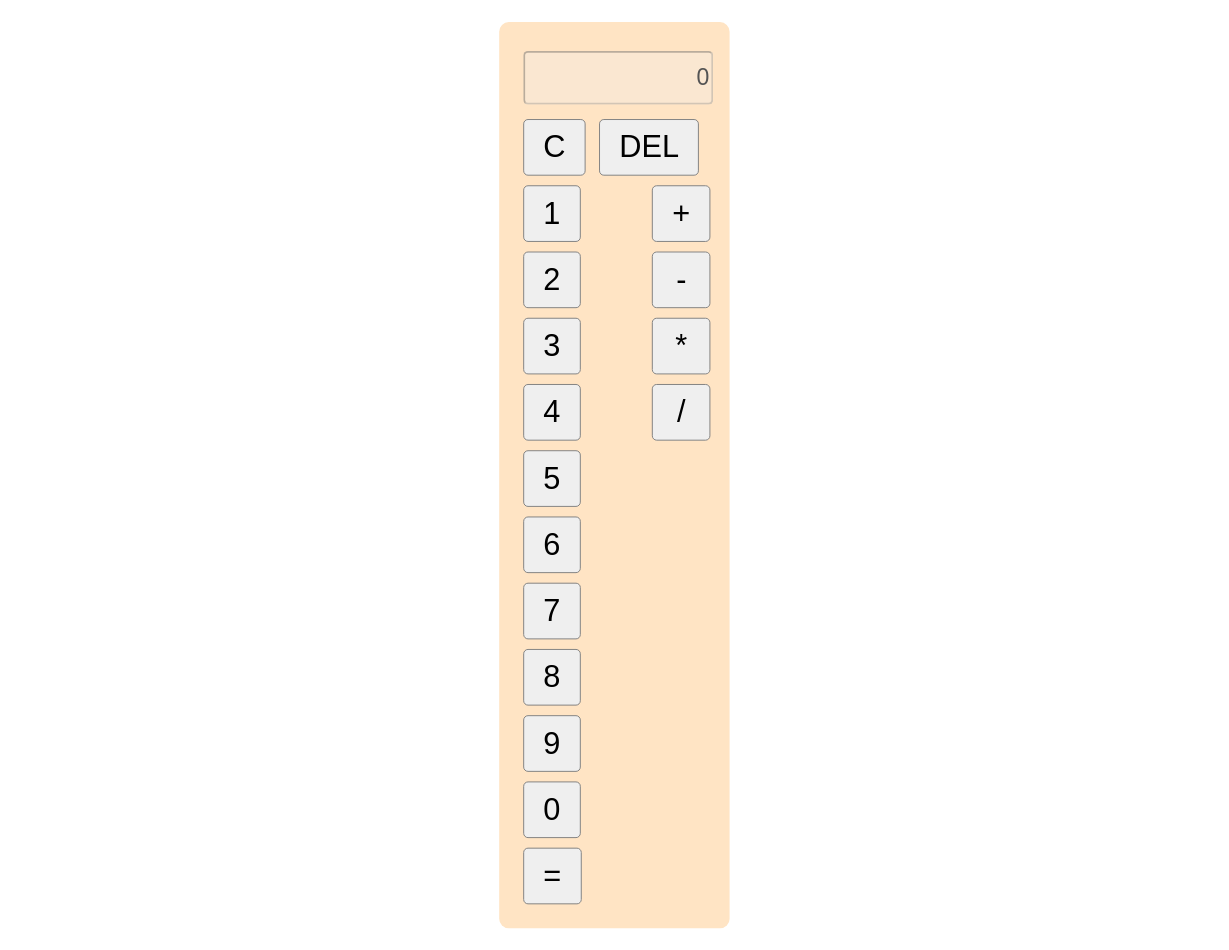
Repository: jaskeat/Calculator
Page: index.html
These files come from the project's save history. The page is drawn as it stood at one moment and after the next save; the edit follows.
The browser window is 1280 px wide. The pictures show the whole page, at 96% of full size.

Above is the page before, as saved 2024-09-05 13:22:14.

### index.html
<!DOCTYPE html>
<html lang="en">
	<head>
		<meta charset="UTF-8" />
		<meta name="viewport" content="width=device-width, initial-scale=1.0" />
		<title>Calculator</title>
		<link rel="stylesheet" href="style.css" />
	</head>
	<body>
		<div class="calculator">
			<div class="display">
				<input type="text" class="display-input" value="0" disabled />
			</div>

			<div class="extrabtn">
				<button class="btn" onclick="clearDisplay()">C</button>
				<button class="btn" onclick="deleteLast()">DEL</button>
			</div>

			<div class="buttons">
				<div class="operators">
					<button class="btn" onclick="append('+')">+</button>
					<button class="btn" onclick="append('-')">-</button>
					<button class="btn" onclick="append('*')">*</button>
					<button class="btn" onclick="append('/')">/</button>
				</div>

				<div class="numbers">
					<button class="btn" onclick="append('1')">1</button>
					<button class="btn" onclick="append('2')">2</button>
					<button class="btn" onclick="append('3')">3</button>
					<button class="btn" onclick="append('4')">4</button>
					<button class="btn" onclick="append('5')">5</button>
					<button class="btn" onclick="append('6')">6</button>
					<button class="btn" onclick="append('7')">7</button>
					<button class="btn" onclick="append('8')">8</button>
					<button class="btn" onclick="append('9')">9</button>
					<button class="btn" onclick="append('0')">0</button>
					<button class="btn" onclick="calculate()">=</button>
				</div>
			</div>
		</div>
		<script src="script.js"></script>
	</body>
</html>

### style.css
body {
	display: flex;
	justify-content: center;
	align-items: center;
}

.calculator {
	width: 200px;
	max-width: 600px;
	height: auto;
	margin: 15px;
	padding: 20px;
	background-color: bisque;
	border-radius: 10px;
}

button {
	border-radius: 5px;
	border: 1px grey solid;
	font-size: 1.3rem;
}

button:hover {
	background-color: lightgrey;
	cursor: pointer;
}

input {
	width: 190px;
	height: 50px;
	font-size: 1.5rem;
	text-align: right;
	border-radius: 5px;
	margin: 10px 5px;
}

.operators {
	display: flex;
	flex-direction: column;
	width: auto;
}

.operators button {
	width: auto;
	height: auto;
	margin: 5px 0;
}

.numbers {
	display: flex;
	flex-wrap: wrap;
	height: auto;
	width: 250px;
}

.buttons {
	display: flex;
	flex-direction: row-reverse;
	justify-content: space-between;
	font-size: 2rem;
}

.btn {
	font-size: 2rem;
	padding: 10px 20px;
	margin: 5px;
}

Loaded but not shown: script.js (no copy from this time; the picture is the same without it)

After the next save:
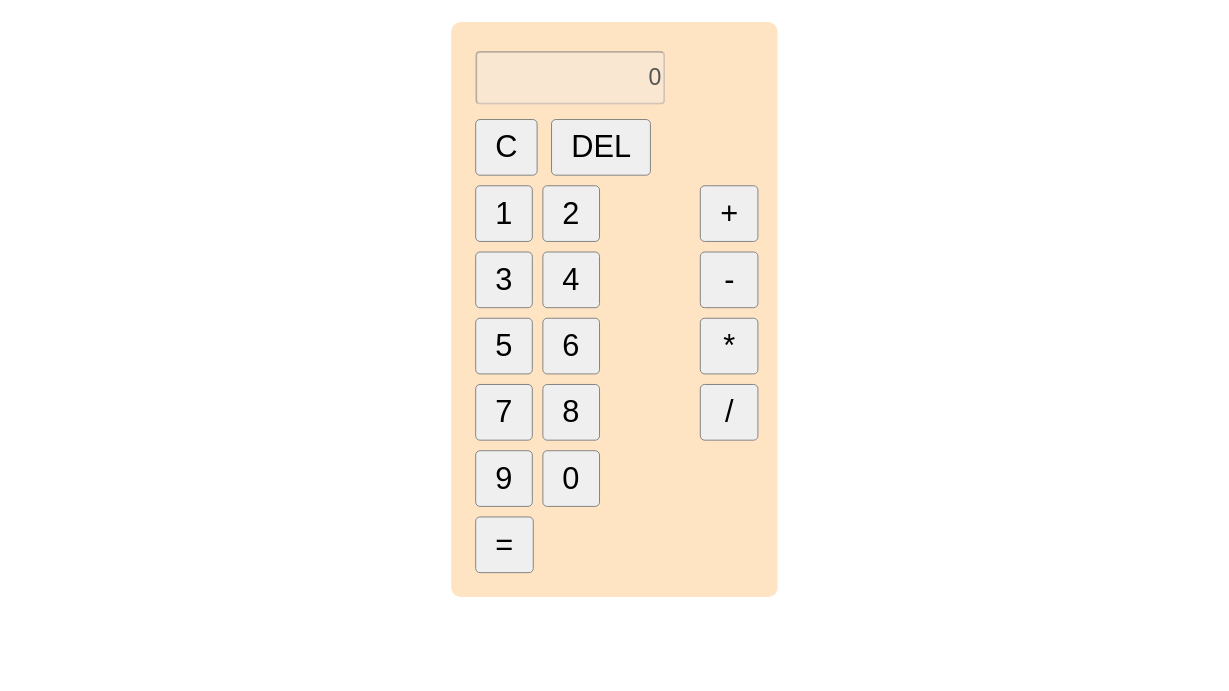
Saved 12 s later.
--- a/style.css
+++ b/style.css
@@ -5,7 +5,7 @@ body {
 }
 
 .calculator {
-	width: 200px;
+	width: 300px;
 	max-width: 600px;
 	height: auto;
 	margin: 15px;
@@ -50,7 +50,7 @@ input {
 	display: flex;
 	flex-wrap: wrap;
 	height: auto;
-	width: 250px;
+	width: 150px;
 }
 
 .buttons {
